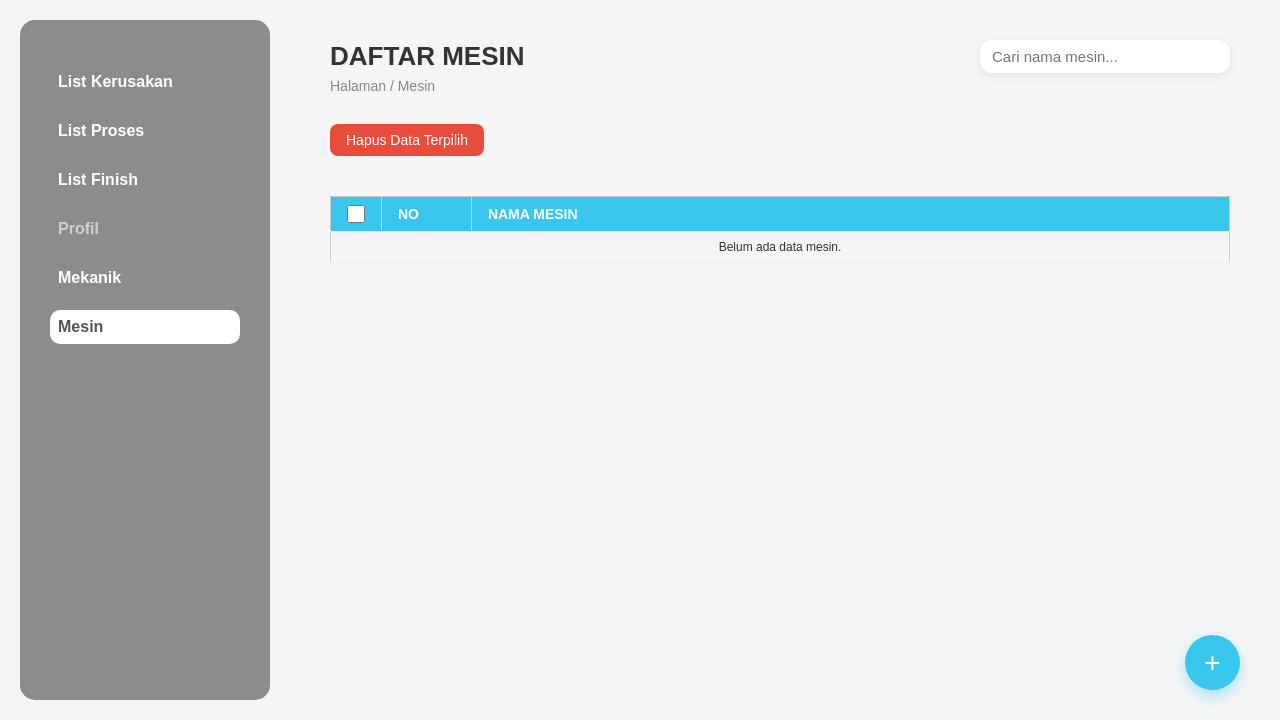
Repository: 1rHub/maintenance
Page: http://localhost/mesin.php
These files come from the project's save history. The page is drawn as it stood at one moment and after the next save; the edit follows.
The browser window is 1280 px wide. The pictures show the whole page.
The page is run by PHP 8.4 with error messages shown; the project is at /var/www/html/. Queries for data that is not in the repository find no rows.

Above is the page before, as saved 2025-10-21 15:23:15.

### mesin.php
<?php
include "koneksi.php";
include "sidebar.php";

// === Tambah Mesin ===
if ($_SERVER["REQUEST_METHOD"] === "POST" && isset($_POST["tambah_mesin"])) {
    $nama = trim($_POST["nama_mesin"]);
    if ($nama !== "") {
        mysqli_query($conn, "INSERT INTO mesin (nama_mesin) VALUES ('$nama')");
    }
    header("Location: mesin.php");
    exit;
}

// === Hapus Mesin (multi delete) ===
if ($_SERVER["REQUEST_METHOD"] === "POST" && isset($_POST["hapus_laporan"])) {
    if (!empty($_POST["selected_id"])) {
        $ids = implode(",", array_map('intval', $_POST["selected_id"]));
        mysqli_query($conn, "DELETE FROM mesin WHERE id IN ($ids)");
    }
    header("Location: mesin.php?hapus=1");
    exit;
}

// === Ambil Semua Mesin ===
$result = mysqli_query($conn, "SELECT * FROM mesin ORDER BY id ASC");
$mesin_list = mysqli_fetch_all($result, MYSQLI_ASSOC);
?>
<!DOCTYPE html>
<html lang="id">

<head>
    <meta charset="UTF-8">
    <title>Data Mesin</title>
    <link rel="stylesheet" href="assets/css/style.css">
    <style>
        body {
            font-family: 'Poppins', sans-serif;
        }

        /* === MAIN CONTAINER === */
        .main-container {
            margin-left: 30px;
            padding: 40px 10px 80px;
            overflow-x: hidden;
        }

        #mesinTable {
            width: 100%;
            min-width: 900px;
            table-layout: auto;
        }

        .header-row {
            display: flex;
            align-items: center;
            justify-content: space-between;
            margin-bottom: 25px;
        }

        h1 {
            font-size: 26px;
            font-weight: 700;
            color: #333;
            margin: 0;
        }

        .breadcrumb {
            color: #888;
            font-size: 14px;
            margin-bottom: 30px;
            margin-top: -20px;
        }

        /* === SEARCH BOX === */
        .search-box {
            display: flex;
            align-items: center;
            background: #fff;
            border-radius: 12px;
            box-shadow: 0 3px 10px rgba(0, 0, 0, 0.08);
            padding: 8px 12px;
            width: 250px;
        }

        .search-box input {
            flex: 1;
            border: none;
            outline: none;
            background: transparent;
            font-size: 15px;
        }

        .table {
            width: 100%;
            border-collapse: collapse;
            table-layout: fixed;
            min-width: 700px;
        }

        th,
        td {
            padding: 8px 16px;
            border-bottom: 1px solid #eee;
        }

        th {
            background: #39c6ed;
            color: white;
            text-transform: uppercase;
            font-size: 14px;
        }

        td {
            color: #333;
            font-weight: 500;
        }

        /* === CHECKBOX === */
        input[type="checkbox"] {
            width: 18px;
            height: 18px;
            cursor: pointer;
        }

        /* === BUTTON HAPUS DI LUAR TABEL === */
        .hapus-btn {
            background: #e74c3c;
            color: #fff;
            border: none;
            padding: 8px 16px;
            border-radius: 8px;
            font-size: 14px;
            cursor: pointer;
            transition: 0.2s;
            margin-bottom: 20px;
        }

        .hapus-btn:hover {
            background: #c0392b;
            transform: scale(1.05);
        }

        /* === FLOATING ADD BUTTON === */
        .float-btn {
            position: fixed;
            bottom: 30px;
            right: 40px;
            background-color: #39c6ed;
            color: #fff;
            font-size: 28px;
            width: 55px;
            height: 55px;
            border-radius: 50%;
            border: none;
            box-shadow: 0 6px 15px rgba(57, 198, 237, 0.4);
            cursor: pointer;
            transition: 0.3s ease;
        }

        .float-btn:hover {
            background-color: #2da8cf;
            transform: scale(1.1);
        }

        .popup {
            display: none;
            position: fixed;
            top: 0;
            left: 0;
            width: 100%;
            height: 100%;
            background: rgba(0, 0, 0, 0.4);
            justify-content: center;
            align-items: center;
            z-index: 999;
        }

        .popup-content {
            background: #fff;
            border-radius: 12px;
            padding: 20px 30px;
            box-shadow: 0 5px 15px rgba(0, 0, 0, 0.2);
            animation: fadeIn 0.2s ease;
        }

        .close-btn2 {
            float: right;
            font-size: 22px;
            cursor: pointer;
        }

        .popup-content form input[type="text"] {
            width: 100%;
            padding: 10px;
            margin-bottom: 12px;
            border: 1px solid #ccc;
            border-radius: 6px;
        }

        .popup-content button {
            background: #39c6ed;
            color: #fff;
            border: none;
            padding: 8px 16px;
            border-radius: 6px;
            cursor: pointer;
        }

        .popup-content button:hover {
            background: #2da8cf;
        }

        /* === POPUP TAMBAH MESIN === */
        #popupTambah .popup-content {
            width: 400px;
            max-width: 90%;
        }

        /* === POPUP RIWAYAT MESIN === */
        #popupRiwayatMesin .popup-content {
            width: 90%;
            max-width: 1100px;
            /* bisa kamu ubah ke 1000–1200px sesuai selera */
            overflow-x: auto;
            max-height: 85vh;
        }

        #popupRiwayatMesin table {
            width: 100%;
            border-collapse: collapse;
            margin-top: 10px;
        }

        #popupRiwayatMesin th,
        #popupRiwayatMesin td {
            padding: 8px 10px;
            border-bottom: 1px solid #eee;
            text-align: left;
        }

        #popupRiwayatMesin th {
            background: #39c6ed;
            color: #fff;
            font-size: 14px;
            text-transform: uppercase;
        }
    </style>
</head>

<body>
    <div class="main-container">

        <!-- === HEADER ROW === -->
        <div class="header-row">
            <h1>DAFTAR MESIN</h1>
            <div class="search-box">
                <input type="text" id="searchMesin" placeholder="Cari nama mesin...">
            </div>
        </div>
        <p class="breadcrumb">Halaman / Mesin</p>

        <!-- === BUTTON HAPUS DI LUAR TABEL === -->
        <form method="POST" id="formHapus">
            <button type="button" class="hapus-btn" onclick="showHapusPopup()">Hapus Data Terpilih</button>

            <div class="table-wrapper">
                <table id="mesinTable" class="table">
                    <thead>
                        <tr>
                            <th style="width:5%; text-align:center;"><input type="checkbox" id="selectAll"></th>
                            <th style="width:10%;">No</th>
                            <th>Nama Mesin</th>
                        </tr>
                    </thead>
                    <tbody>
                        <?php if (count($mesin_list) > 0): ?>
                            <?php $no = 1;
                            foreach ($mesin_list as $m): ?>
                                <tr class="data-row">
                                    <td style="text-align:center;">
                                        <input type="checkbox" name="selected_id[]" value="<?= $m['id'] ?>">
                                    </td>
                                    <td><?= $no++ ?></td>
                                    <td>
                                        <a href="#" onclick="openRiwayatMesin('<?= htmlspecialchars($m['nama_mesin']) ?>')">
                                            <?= htmlspecialchars($m['nama_mesin']) ?>
                                        </a>
                                    </td>
                                </tr>
                            <?php endforeach; ?>
                        <?php else: ?>
                            <tr>
                                <td colspan="3" style="text-align:center;">Belum ada data mesin.</td>
                            </tr>
                        <?php endif; ?>
                    </tbody>
                </table>
            </div>
        </form>

    </div>

    <!-- ➕ Floating Add Button -->
    <button class="float-btn" onclick="openTambahPopup()">+</button>

    <!-- === POPUP TAMBAH (SAMA SEPERTI KODEMU) === -->
    <div class="popup" id="popupTambah">
        <div class="popup-content">
            <span class="close-btn2" onclick="closeTambahPopup()">&times;</span>
            <h2>Tambah Mesin Baru</h2>
            <form method="POST">
                <input type="text" name="nama_mesin" placeholder="Nama mesin baru" required>
                <button type="submit" name="tambah_mesin">Tambah</button>
            </form>
        </div>
    </div>

    <!-- === POPUP RIWAYAT (SAMA SEPERTI KODEMU) === -->
    <div class="popup" id="popupRiwayatMesin">
        <div class="popup-content" style="max-width:900px;">
            <span class="close-btn2" onclick="closeRiwayatMesin()">&times;</span>
            <h2 id="riwayatMesinTitle">Riwayat Mesin</h2>
            <table>
                <thead>
                    <tr>
                        <th>Tanggal</th>
                        <th>Pelapor</th>
                        <th>Divisi</th>
                        <th>Keterangan</th>
                        <th>Mekanik</th>
                        <th>Pesan Mekanik</th>
                        <th>Kategori</th>
                    </tr>
                </thead>
                <tbody id="riwayatMesinTable">
                    <tr>
                        <td colspan="7" style="text-align:center;">Pilih mesin untuk melihat riwayat.</td>
                    </tr>
                </tbody>
            </table>
        </div>
    </div>

    <!-- === POPUP KONFIRMASI HAPUS === -->
    <div class="popup" id="popupHapus">
        <div class="popup-content" style="width:380px; text-align:center;">
            <h3 style="margin-bottom:15px;">Konfirmasi Hapus</h3>
            <p style="color:#555; margin-bottom:25px;">Apakah kamu yakin ingin menghapus data mesin terpilih?</p>
            <div style="display:flex; justify-content:center; gap:15px;">
                <button onclick="closeHapusPopup()"
                    style="background:#ccc; border:none; color:#333; padding:8px 14px; border-radius:6px; cursor:pointer;">Batal</button>
                <button onclick="confirmDelete()" id="btnHapusYa"
                    style="background:#e74c3c; border:none; color:white; padding:8px 14px; border-radius:6px; cursor:pointer;">Ya,
                    Hapus</button>
            </div>
        </div>
    </div>


    <script>
        // === SELECT ALL CHECKBOX ===
        document.getElementById('selectAll').addEventListener('change', function () {
            const checkboxes = document.querySelectorAll('input[name="selected_id[]"]');
            checkboxes.forEach(cb => cb.checked = this.checked);
        });

        // === LIVE SEARCH ===
        document.getElementById('searchMesin').addEventListener('input', function () {
            const query = this.value.toLowerCase();
            const rows = document.querySelectorAll('#mesinTable tbody tr.data-row');
            let visible = 0;
            rows.forEach(row => {
                const nama = row.cells[2].textContent.toLowerCase();
                if (nama.includes(query)) {
                    row.style.display = '';
                    visible++;
                } else {
                    row.style.display = 'none';
                }
            });

            const tbody = document.querySelector('#mesinTable tbody');
            let emptyRow = document.getElementById('noResultRow');
            if (visible === 0) {
                if (!emptyRow) {
                    emptyRow = document.createElement('tr');
                    emptyRow.id = 'noResultRow';
                    emptyRow.innerHTML = `<td colspan="3" style="text-align:center; height:60px; color:#888;">Tidak ada mesin yang cocok.</td>`;
                    tbody.appendChild(emptyRow);
                }
            } else if (emptyRow) {
                emptyRow.remove();
            }
        });

        // === POPUP TAMBAH MESIN ===
        function openTambahPopup() {
            document.getElementById('popupTambah').style.display = 'flex';
        }

        function closeTambahPopup() {
            document.getElementById('popupTambah').style.display = 'none';
        }

        // === POPUP RIWAYAT MESIN ===
        function openRiwayatMesin(nama) {
            document.getElementById('riwayatMesinTitle').textContent = "Riwayat Mesin: " + nama;
            document.getElementById('popupRiwayatMesin').style.display = 'flex';
        }

        function closeRiwayatMesin() {
            document.getElementById('popupRiwayatMesin').style.display = 'none';
        }

        // === POPUP VALIDASI HAPUS ===
        function showHapusPopup() {
            const checkboxes = document.querySelectorAll('input[name="selected_id[]"]:checked');
            if (checkboxes.length === 0) {
                alert("Pilih minimal satu data mesin untuk dihapus.");
                return;
            }
            document.getElementById('popupHapus').style.display = 'flex';
        }

        function closeHapusPopup() {
            document.getElementById('popupHapus').style.display = 'none';
        }

        document.getElementById('btnHapusYa').addEventListener('click', function () {
            document.getElementById('formHapus').submit();
        });

    </script>

</body>

</html>

### koneksi.php
<?php
$host = "localhost";
$user = "root";
$pass = "";
$db   = "db_laporan";

$conn = new mysqli($host, $user, $pass, $db);

if ($conn->connect_error) {
    die("Koneksi gagal: " . $conn->connect_error);
}
?>

### sidebar.php
<?php

$current_page = basename($_SERVER['PHP_SELF']);
?>

<head>
    <link rel="stylesheet" href="assets/css/style.css">
</head>
<div class="sidebar">
    <ul class="menu">
        <li>
            <a href="dashboard_laporan.php" class="<?= $current_page == 'dashboard_laporan.php' ? 'active' : '' ?>">
                List Kerusakan
            </a>
        </li>
        <li>
            <a href="list_proses.php" class="<?= $current_page == 'list_proses.php' ? 'active' : '' ?>">
                List Proses
            </a>
        </li>
        <li>
            <a href="list_finish.php" class="<?= $current_page == 'list_finish.php' ? 'active' : '' ?>">
                List Finish
            </a>
        </li>
        <li>
            <a href="#" class="disabled">Profil</a>
        </li>
        <li>
            <a href="mekanik.php" class="<?= $current_page == 'mekanik.php' ? 'active' : '' ?>">
                Mekanik
            </a>
        </li>
        <li>
            <a href="mesin.php" class="<?= $current_page == 'mesin.php' ? 'active' : '' ?>">
                Mesin
            </a>
        </li>
    </ul>
    <?php if ($current_page == 'dashboard_laporan.php'): ?>
        <button class="register-btn" onclick="openPopup()">Registrasi Laporan</button>
    <?php endif; ?>
</div>

Loaded but not shown: assets/css/style.css (560 lines, source omitted)

After the next save:
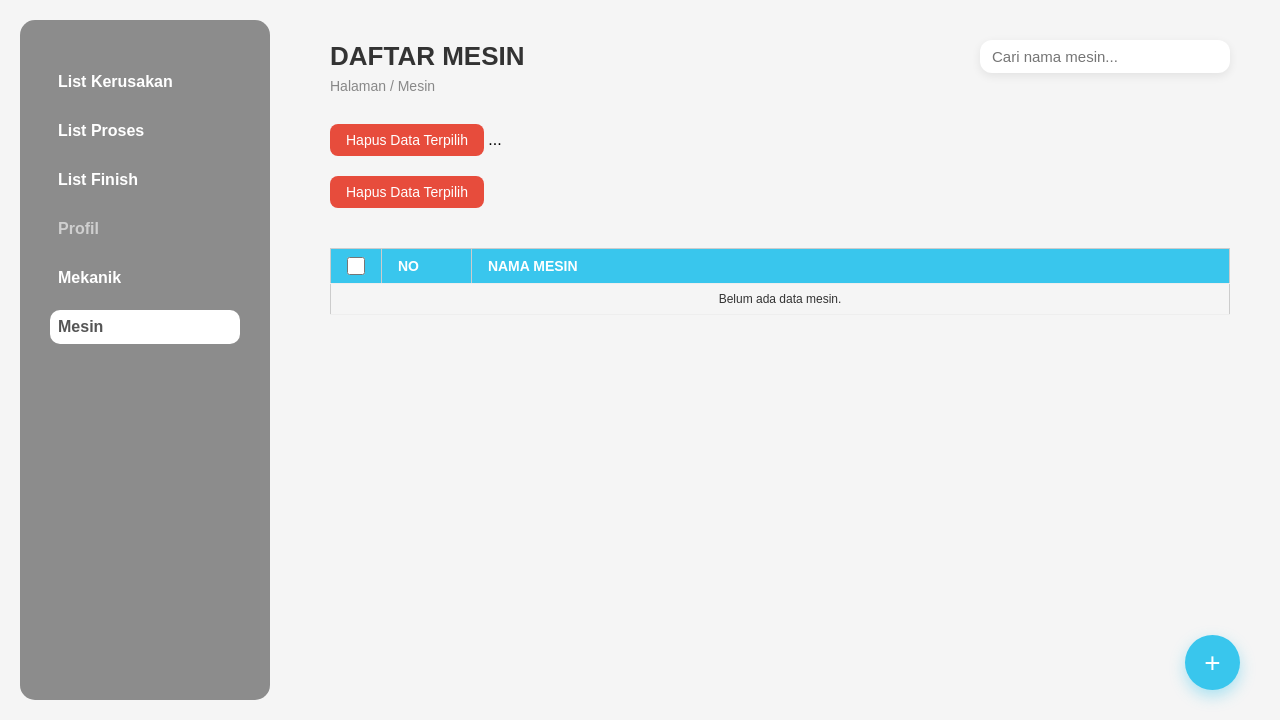
Saved 9 min 30 s later.
--- a/mesin.php
+++ b/mesin.php
@@ -262,6 +262,11 @@
 
         <!-- === BUTTON HAPUS DI LUAR TABEL === -->
         <form method="POST" id="formHapus">
+    <input type="hidden" name="hapus_laporan" value="1">
+    <button type="button" class="hapus-btn" onclick="showHapusPopup()">Hapus Data Terpilih</button>
+    ...
+</form>
+
             <button type="button" class="hapus-btn" onclick="showHapusPopup()">Hapus Data Terpilih</button>
 
             <div class="table-wrapper">

After the 3 saves that followed:
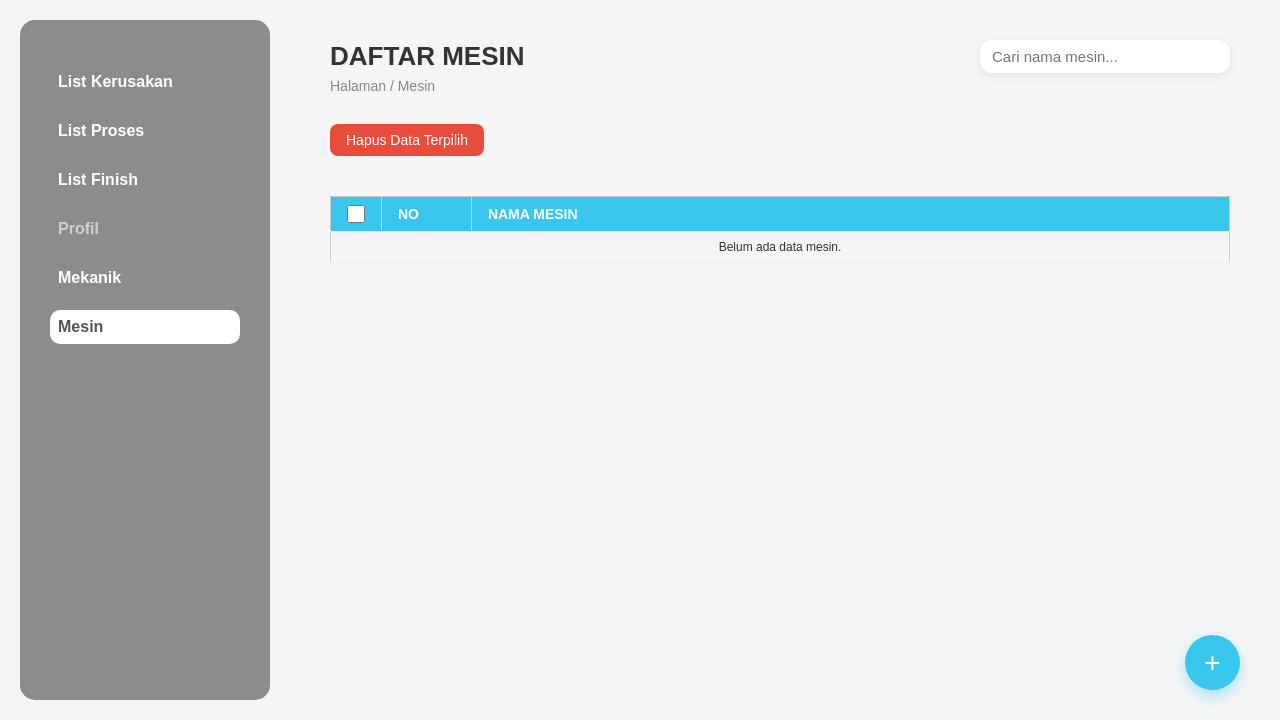
The 3 saves are shown as one change because they came seconds apart.
The last was saved 12 s later.
--- a/mesin.php
+++ b/mesin.php
@@ -262,11 +262,7 @@
 
         <!-- === BUTTON HAPUS DI LUAR TABEL === -->
         <form method="POST" id="formHapus">
-    <input type="hidden" name="hapus_laporan" value="1">
-    <button type="button" class="hapus-btn" onclick="showHapusPopup()">Hapus Data Terpilih</button>
-    ...
-</form>
-
+            <input type="hidden" name="hapus_laporan" value="1">
             <button type="button" class="hapus-btn" onclick="showHapusPopup()">Hapus Data Terpilih</button>
 
             <div class="table-wrapper">
